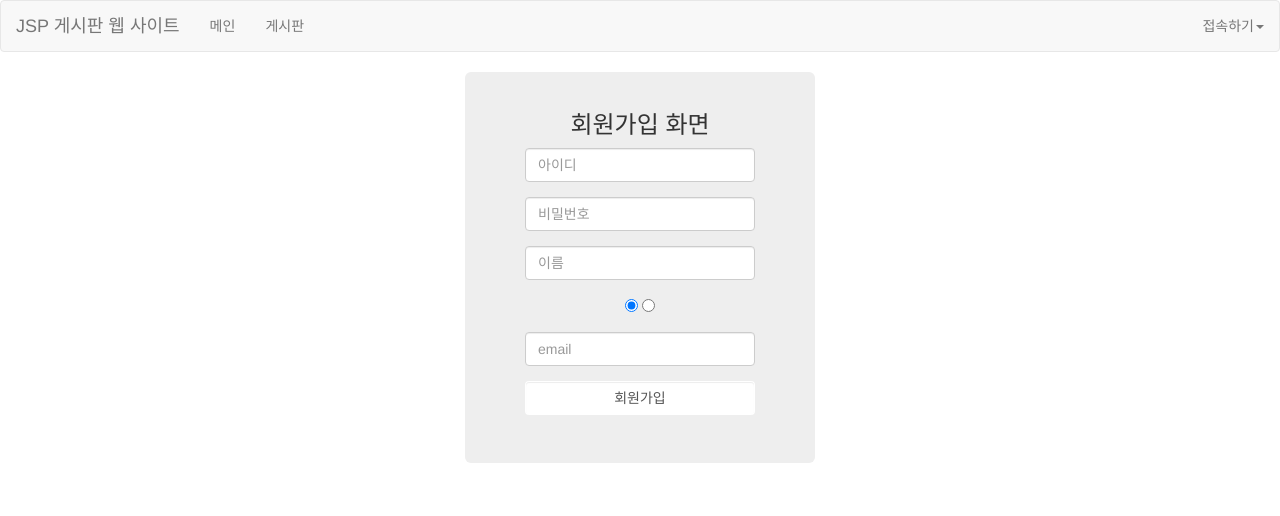
Repository: dirn0568/project
Page: http://localhost/myWeb/join.jsp
The author's editor kept a copy of each file at every save. The page is drawn from the files as they stood at one save, then again after the next save.
The browser window is 1280 px wide. The pictures show the whole page.
The page is served by Tomcat 9.

Above is the page before, as saved 2022-10-06 17:20:03.
Console error (its wording comes from the project's code and is left out).

After the next save:
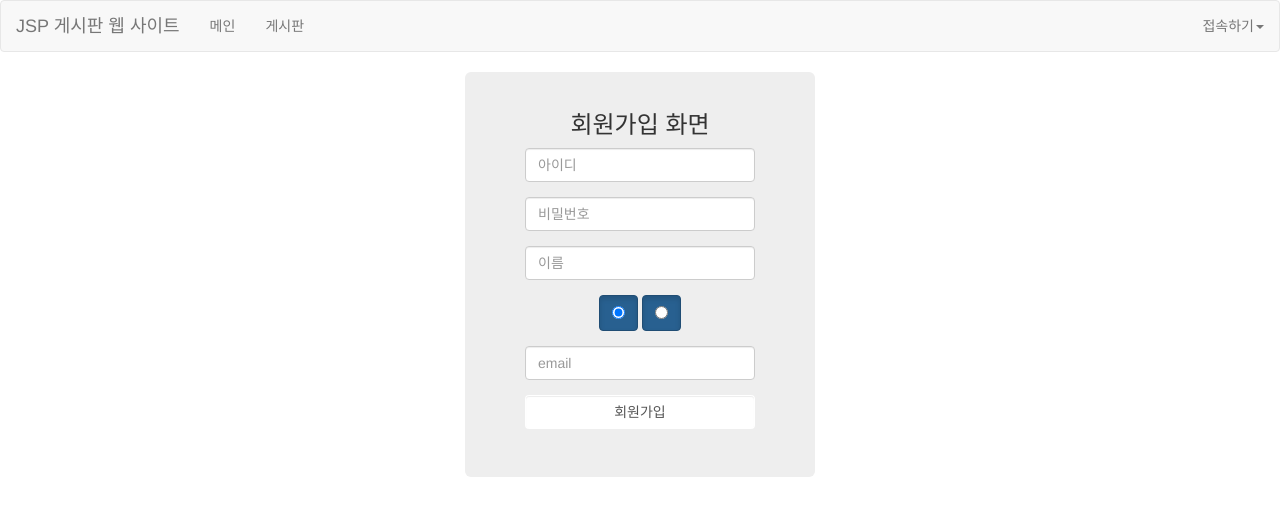
Saved 58 s later.
--- a/myWeb/src/main/webapp/join.jsp
+++ b/myWeb/src/main/webapp/join.jsp
@@ -54,8 +54,12 @@
 						<input type="text" class="form-control" placeholder="이름" name="userName" maxlength="20">
 					</div>
 					<div class="form-group" style="text-align:center;">
-						<input type="radio" "form-control" name="userGender" value="남자" checked>
-						<input type="radio" "form-control" name="userGender" value="여자">
+						<label class="btn btn-primary active">
+							<input type="radio" "form-control" name="userGender" value="남자" checked>
+						</label>
+						<label class="btn btn-primary active">
+							<input type="radio" "form-control" name="userGender" value="여자">
+						</label>
 					</div>
 					<div class="form-group">
 						<input type="email" class="form-control" placeholder="email" name="userEmail" maxlength="50">
